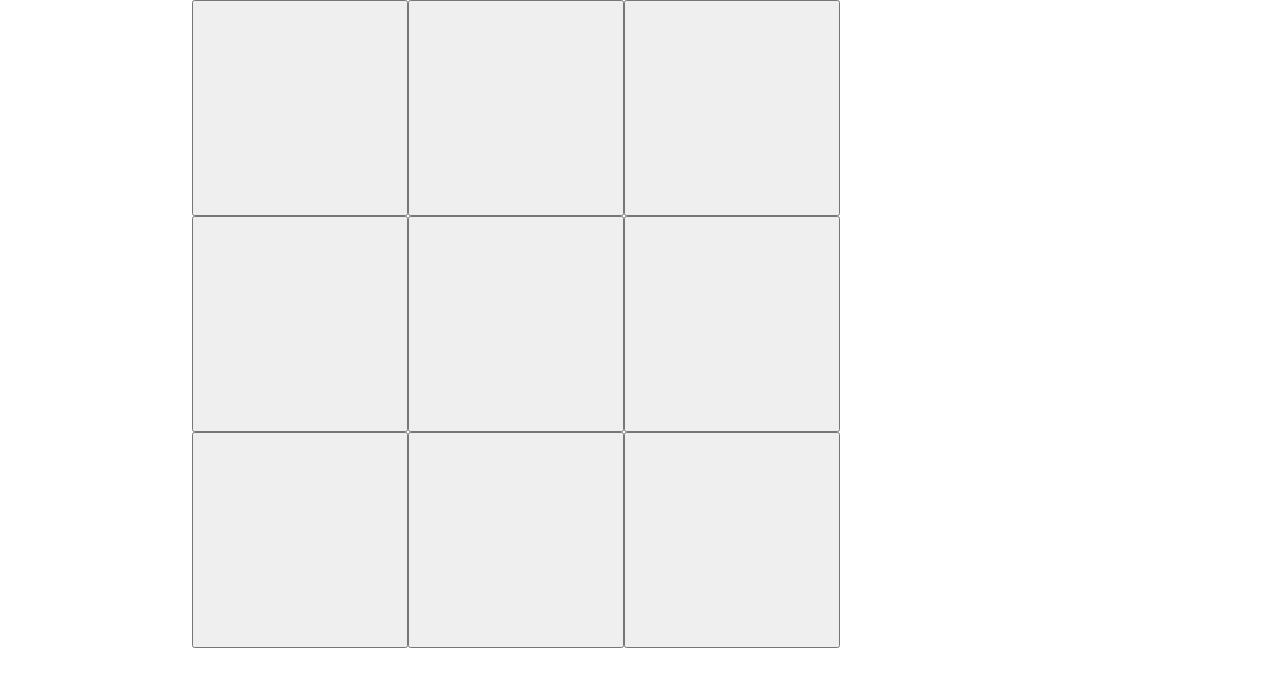
Repository: napan24/tic-tac-toe
Page: /
These files come from the project's save history. The page is drawn as it stood at one moment and after the next save; the edit follows.
The browser window is 1280 px wide. The pictures show the whole page.
The project was rebuilt for these pictures with package versions that can differ from the ones it lists, and the page was loaded fresh each time. Also part of the build but not shown: src/App.css.

Above is the page before, as saved 2022-06-14 18:45:24.

### src/App.js
import {useEffect} from 'react';
import logo from './logo.svg';
import './App.css';
import { FontAwesomeIcon } from '@fortawesome/react-fontawesome';
import { faXmark } from '@fortawesome/free-solid-svg-icons';
import { faCircle } from '@fortawesome/free-regular-svg-icons';
import './tik.css';
import { useState } from 'react';
import cross from './cross.jpeg';
import circle from './circle.png';
/* <FontAwesomeIcon icon={faXmark} size="5x" /> */
/* <FontAwesomeIcon icon={faCircle} size="5x"/> */

// const cl=event.currentTarget.id;
// const el = document.getElementById(cl);
// el.append(a);
function App() {
  const [board,setBoard]=useState([[" "," "," "],[" "," "," "],[" "," "," "]]);
  const [curr,setCurr]=useState(false);
  const [c,setC]=useState(null);
  const [row,setRow]=useState(0);
  const [col,setCol]=useState(0);
  const [win,setWin]=useState(false);
  function update(r,c){
    setBoard((prevstate)=>{
      let newBoard=[...prevstate];
      newBoard[r][c]=curr?"/":"+";
      return newBoard;
    });
    setRow(r);
    setCol(c);
  }
  useEffect(() => {
    func();
  }, [board])
  // useEffect(() => {

  // }, [win])

  function func(){
    if(board[row][col]===" "){
      return;
    }
    let count=0;
    let i=row;
    while(i<3){
      if(board[i][col]==board[row][col]){
        count++;
      }
      i++;
    }
    if(count==3){
      console.log('a');
      setWin(true);
    }
    count--;
    i=row;
    while(i>=0){
      if(board[i][col]==board[row][col]){
        count++;
      }
      i--;
    }
    console.log(count);
    if(count==3){
      console.log('a');
      setWin(true);
    }
    let j=col;
    count=0;
    while(j<3){
      if(board[row][j]==board[row][col]){
        count++;
      }
      j++;
    }
    if(count==3){
      console.log('a');
      setWin(true);
    }
    count--;
    j=col;
    while(j>=0){
      if(board[row][j]==board[row][col]){
        count++;
      }
      j--;
    }
    console.log(count);
    if(count==3){
      console.log('a');
      setWin(true);
    }
  }
  const handleClick = event => {
    const cl=event.currentTarget.id;
    document.getElementById(cl).style.background =curr?"url("+cross+")":"url("+circle+")";
    document.getElementById(cl).style.backgroundSize="cover";
    document.getElementById(cl).style.backgroundRepeat="no-repeat";
    let a;
    if(cl=="r1column1"){
      update(0,0);
    }
    if(cl=="r1column2"){
      update(0,1);
    }
    if(cl=="r1column3"){
      update(0,2);
    }
    if(cl=="r2column1"){
      update(1,0);
    }
    if(cl=="r2column2"){
      update(1,1);
    }
    if(cl=="r2column3"){
      update(1,2);
    }
    if(cl=="r3column1"){
      update(2,0);
    }
    if(cl=="r3column2"){
      update(2,1);
    }
    if(cl=="r3column3"){
      update(2,2);
    }
    setCurr(!curr);
  };
  const box={
    height:"30vmin",
    width:"30vmin"
  }
  return (
    <>
    <div id="mainblock">
      <div id="win" style={{opacity:"0",backgroundColor:"red",height:"50vmin",width:"50vmin",position:"absolute",right:"25%",top:"25%"}}>
      </div>
      <div id="row1" style={{ display: "flex", justifyContent: "center", alignContent: "center" }}>
        <button id="r1column1" onClick={handleClick} style={box}></button>
        <button id="r1column2" onClick={handleClick} style={box}></button>
        <button id="r1column3" onClick={handleClick} style={box}></button>
      </div>
      <div id="row2" style={{ display: "flex", justifyContent: "center", alignContent: "center" }}>
        <button id="r2column1" onClick={handleClick} style={box}></button>
        <button id="r2column2" onClick={handleClick} style={box}></button>
        <button id="r2column3" onClick={handleClick} style={box}></button>
      </div>
      <div id="row" style={{ display: "flex", justifyContent: "center", alignContent: "center" }}>
        <button id="r3column1" onClick={handleClick} style={box}></button>
        <button id="r3column2" onClick={handleClick} style={box}></button>
        <button id="r3column3" onClick={handleClick} style={box}></button>
      </div>
    </div>
    </>
  );
}

export default App;

### src/tik.css
@media (max-width:500px) {
    #mainblock{
        position:relative;
        left:2vw;
        display: inline-block;
    }
}
@media (max-width:2560px) and (min-width:1601px){
    #mainblock{
        position: relative;
        left:30vw;
        display: inline-block;
    }
}
@media (max-width:1600px) and (min-width:1301px){
    #mainblock{
        position: relative;
        left:25vw;
        display: inline-block;
    }
}
@media (max-width:1300px) and (min-width:1175px){
    #mainblock{
        position: relative;
        left:15vw;
        display: inline-block;
    }
}
@media (max-width:1174px) and (min-width:901px){
    #mainblock{
        position: relative;
        left:8vw;
        display: inline-block;
    }
}
@media (max-width:900px) and (min-width:501px){
    #mainblock{
        position: relative;
        left:5vw;
        display: inline-block;
    }
}

Loaded but not shown: public/index.html (common file); src/index.js (common file); src/index.css (common file); src/reportWebVitals.js (common file)

After the next save:
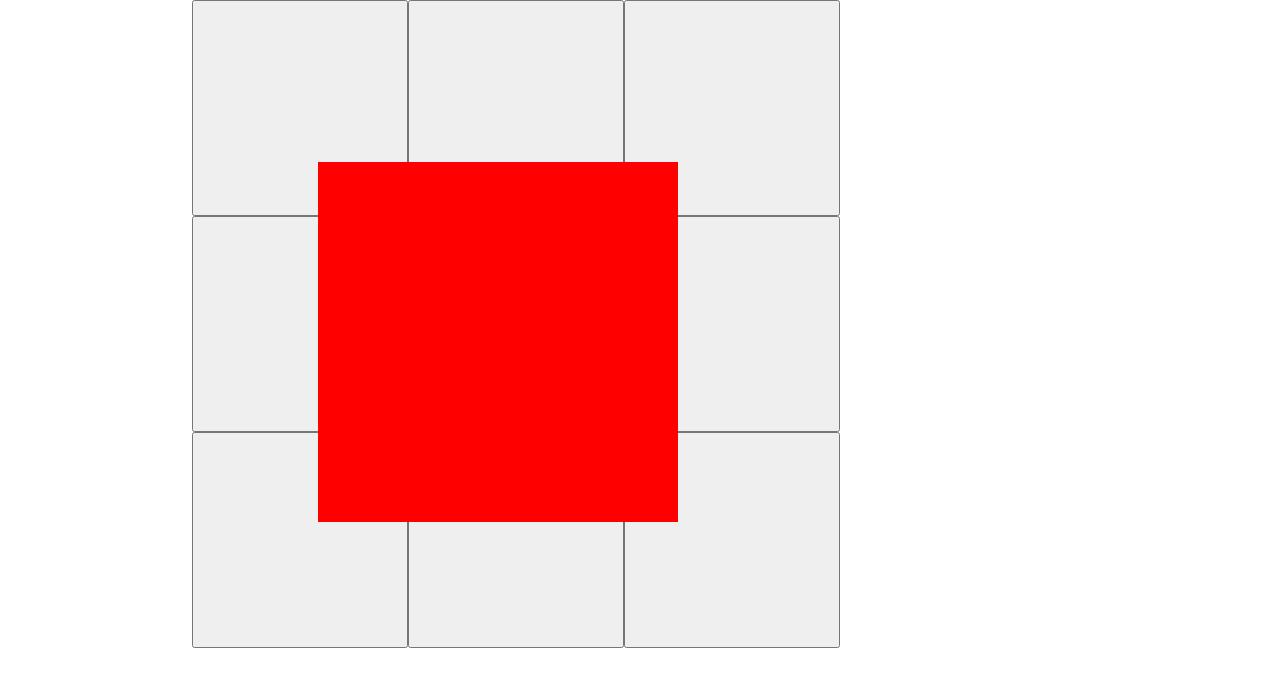
Saved 51 s later.
--- a/src/App.js
+++ b/src/App.js
@@ -33,9 +33,9 @@
   useEffect(() => {
     func();
   }, [board])
-  // useEffect(() => {
-
-  // }, [win])
+  useEffect(() => {
+    document.getElementById("win").style.opacity="100";
+  }, [win])
 
   function func(){
     if(board[row][col]===" "){

After the save that followed:
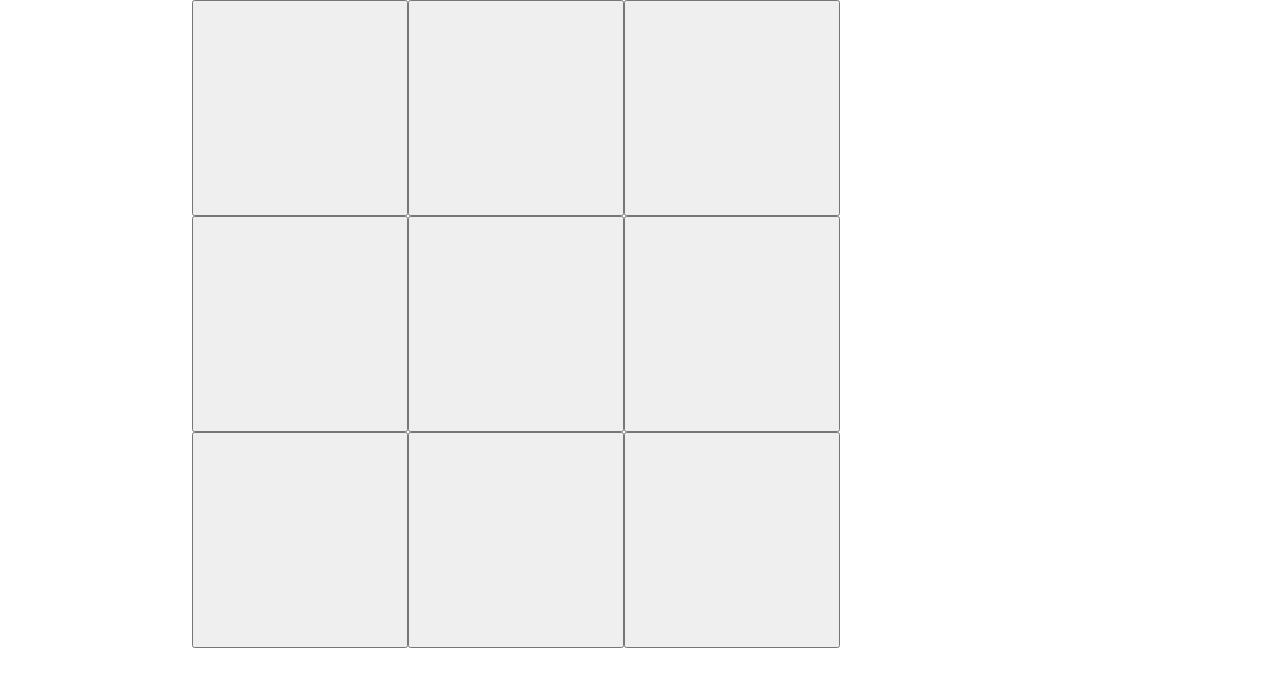
Saved 18 s later.
--- a/src/App.js
+++ b/src/App.js
@@ -34,7 +34,9 @@
     func();
   }, [board])
   useEffect(() => {
-    document.getElementById("win").style.opacity="100";
+    if(win==true){
+      document.getElementById("win").style.opacity="100";
+    }
   }, [win])
 
   function func(){
